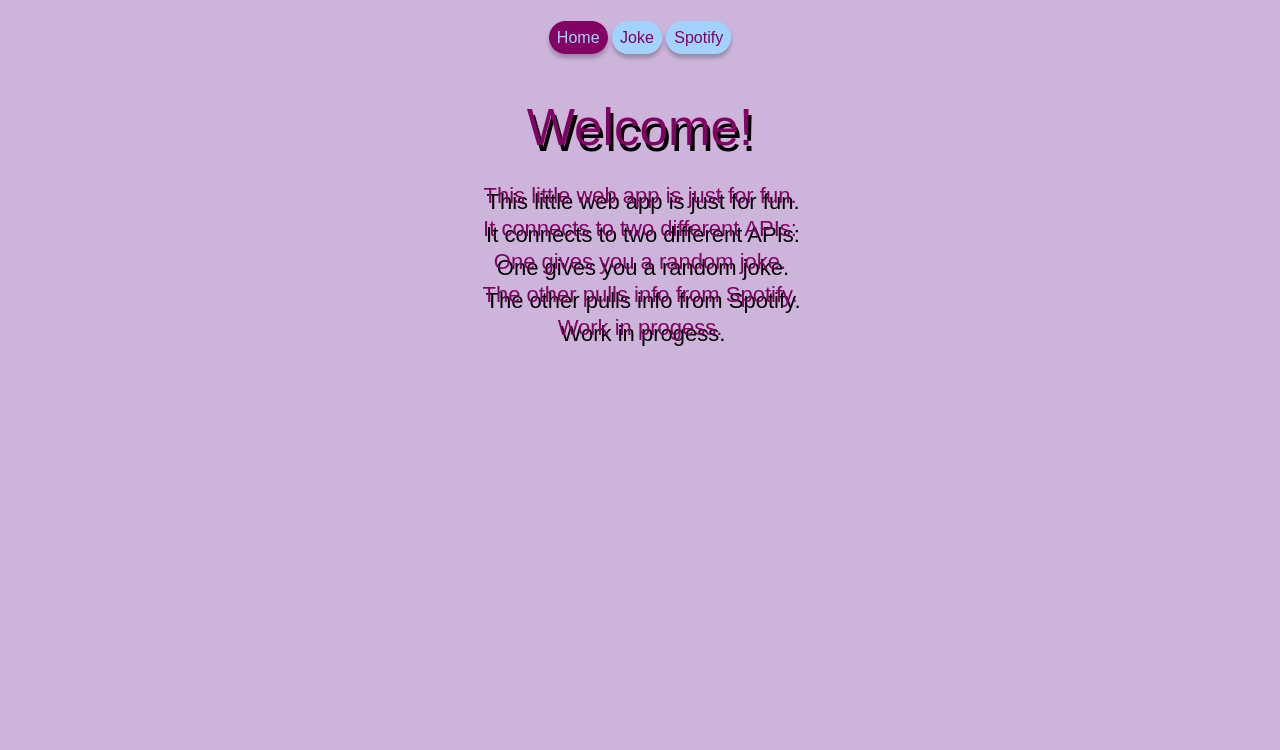
Repository: rosieomusic/spotify-react
Page: /
The author's editor kept a copy of each file at every save. The page is drawn from the files as they stood at one save, then again after the next save.
The browser window is 1280 px wide. The pictures show the whole page.
Some web fonts or font styles are not loaded; a fallback is used. The project was rebuilt for these pictures with package versions that can differ from the ones it lists, and the page was loaded fresh each time. Settings that the repository does not hold, such as keys and server addresses, were given made-up values. Also part of the build but not shown: vite.config.js, src/services/SpotifyService.js, src/components/AlbumComponent.jsx, src/pages/SpotifyPage.jsx, src/services/JokeService.js, src/pages/JokePage.jsx.

Above is the page before, as saved 2025-05-23 00:05:30.

After the next save:
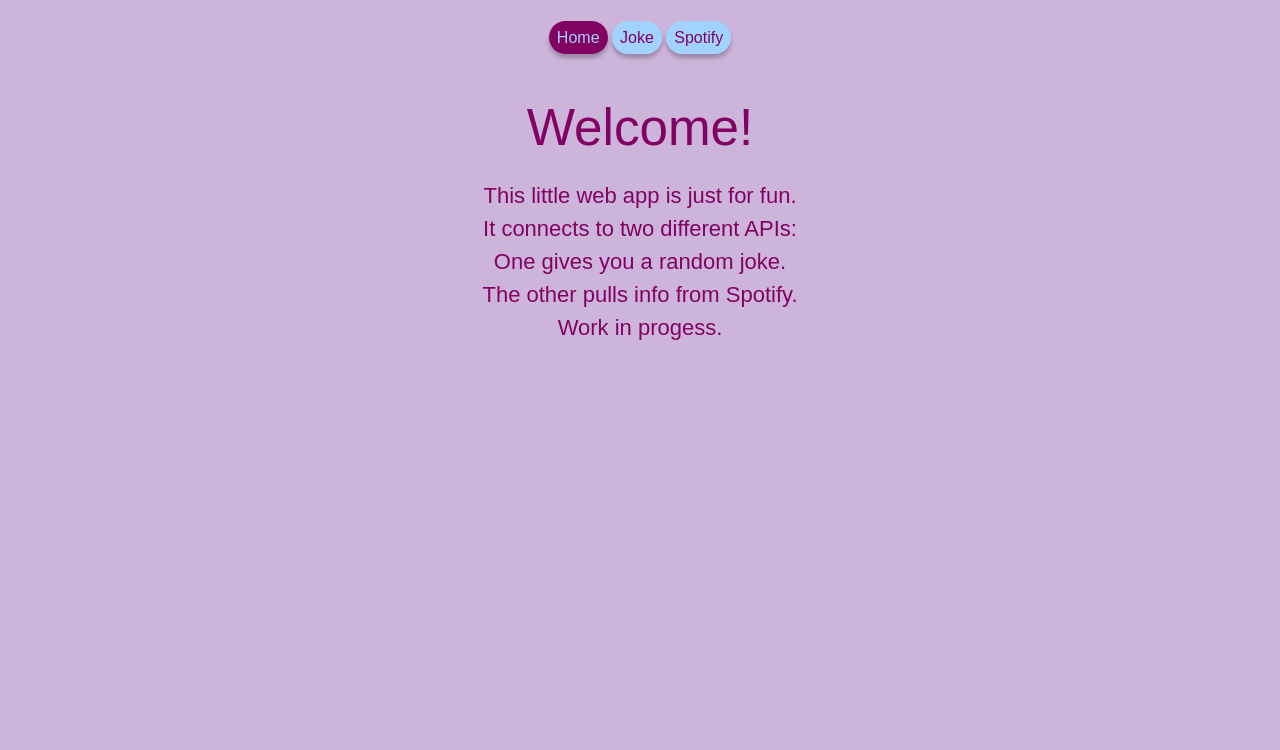
Saved 16 s later.
--- a/src/App.css
+++ b/src/App.css
@@ -96,7 +96,7 @@ p {
 	text-align: center;
 	align-self: center;
 	margin-bottom: 20px;
-	text-shadow: black 3px 6px;
+	text-shadow: #cdb4db 3px 6px;
 }
 li {
 	list-style-type: none;
